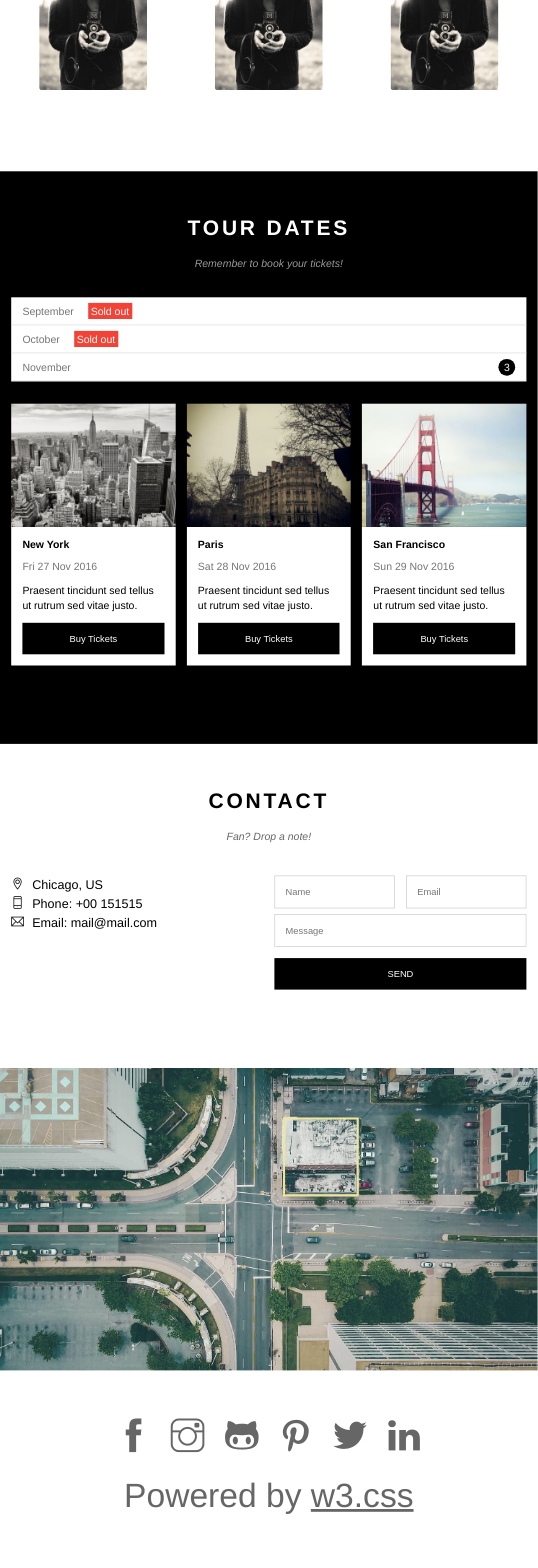
Repository: phongngotrong/w3school_reup
Page: index.html
The author's editor kept a copy of each file at every save. The page is drawn from the files as they stood at one save, then again after the next save.
The browser window is 768 px wide. The pictures show the part of the page from y = 854 to 3094 px (the page is 3094 px tall before and 3056 px after), at 70% of full size.

Above is the page before, as saved 2022-02-15 23:28:50.

After the next save:
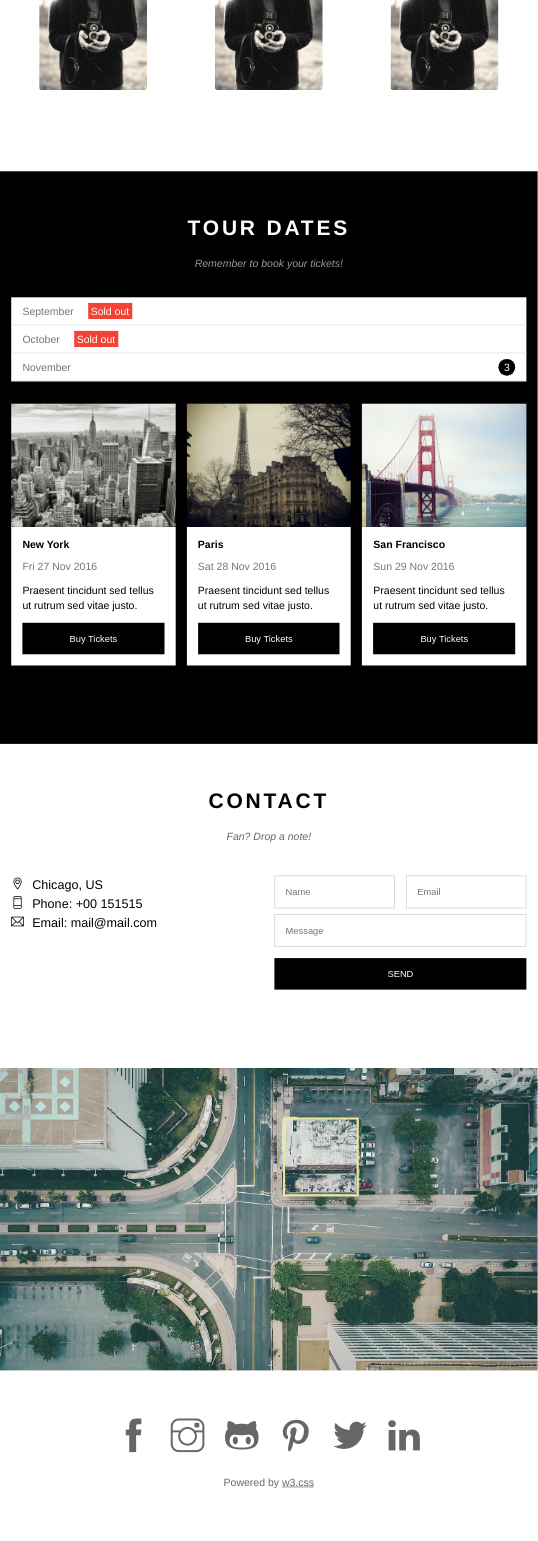
Saved 69 s later.
--- a/assets/css/responsive.css
+++ b/assets/css/responsive.css
@@ -28,8 +28,7 @@
     margin: 0 8px;
   }
 
-  #footer .Copyright {
-    font-size: 48px;
+  #footer .Copyright a {
     padding: 12px 0px;
     display: inline-block;
   }

After the save that followed:
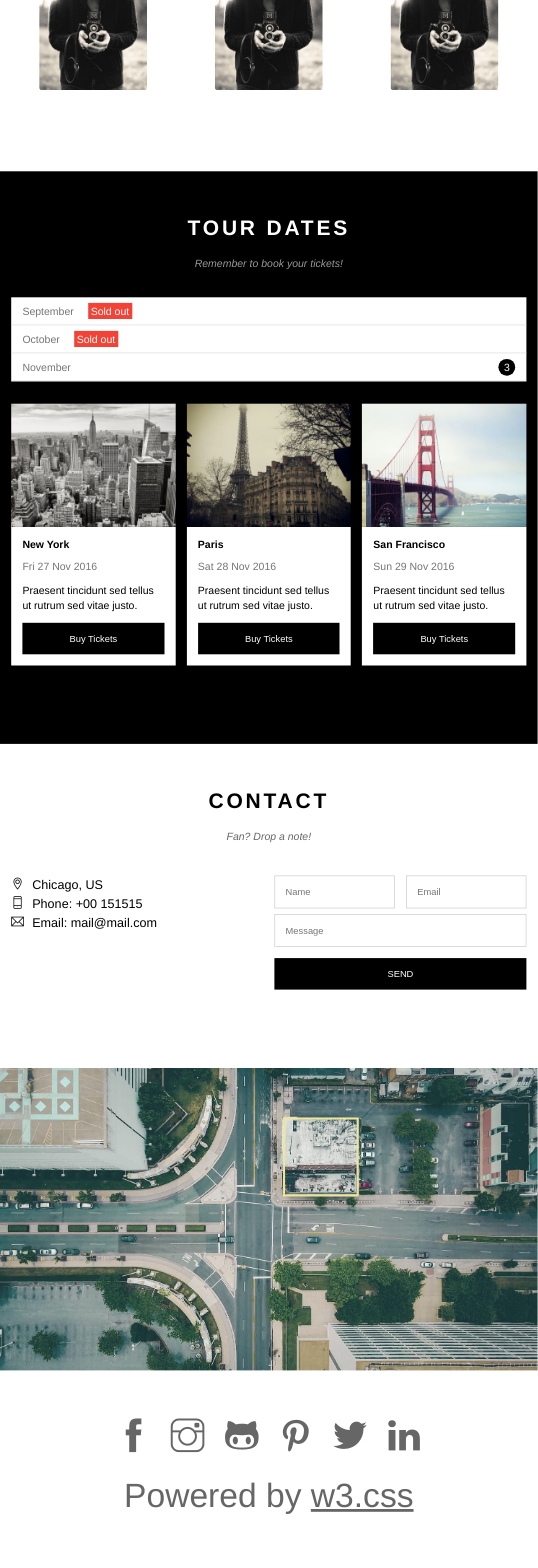
Saved 35 s later.
--- a/assets/css/responsive.css
+++ b/assets/css/responsive.css
@@ -26,6 +26,10 @@
 
   #footer .social-list a {
     margin: 0 8px;
+  }
+
+  #footer .Copyright {
+    font-size: 48px;
   }
 
   #footer .Copyright a {
